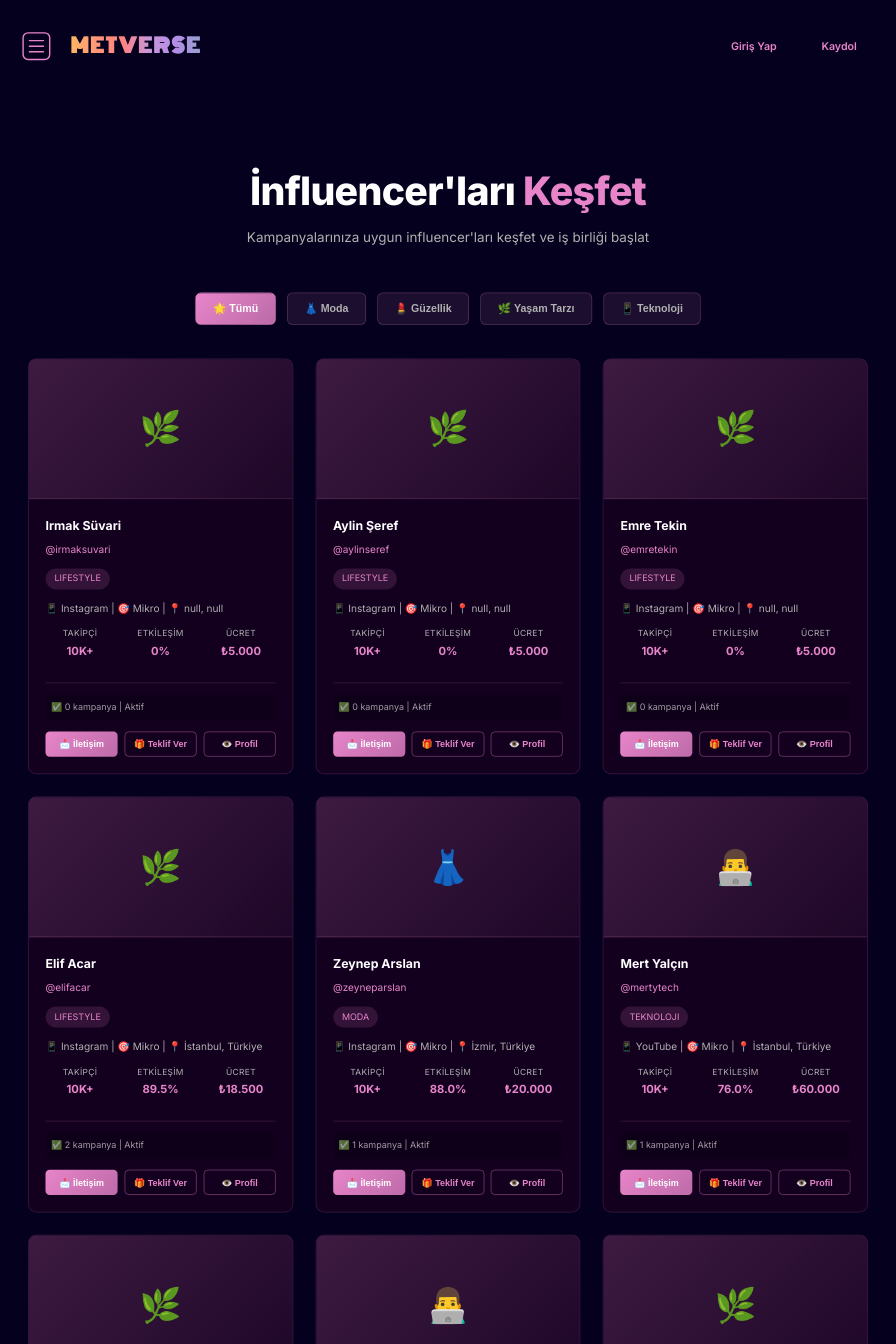
Repository: Selennguveen/metverse_website
Page: kesfetForMarka.html
The author's editor kept a copy of each file at every save. The page is drawn from the files as they stood at one save, then again after the next save.
The browser window is 1280 px wide. The pictures show the part of the page from y = 0 to 1920 px (the page is 5602 px tall before and 5685 px after), at 70% of full size.

Above is the page before, as saved 2025-12-21 15:05:46.

After the next save:
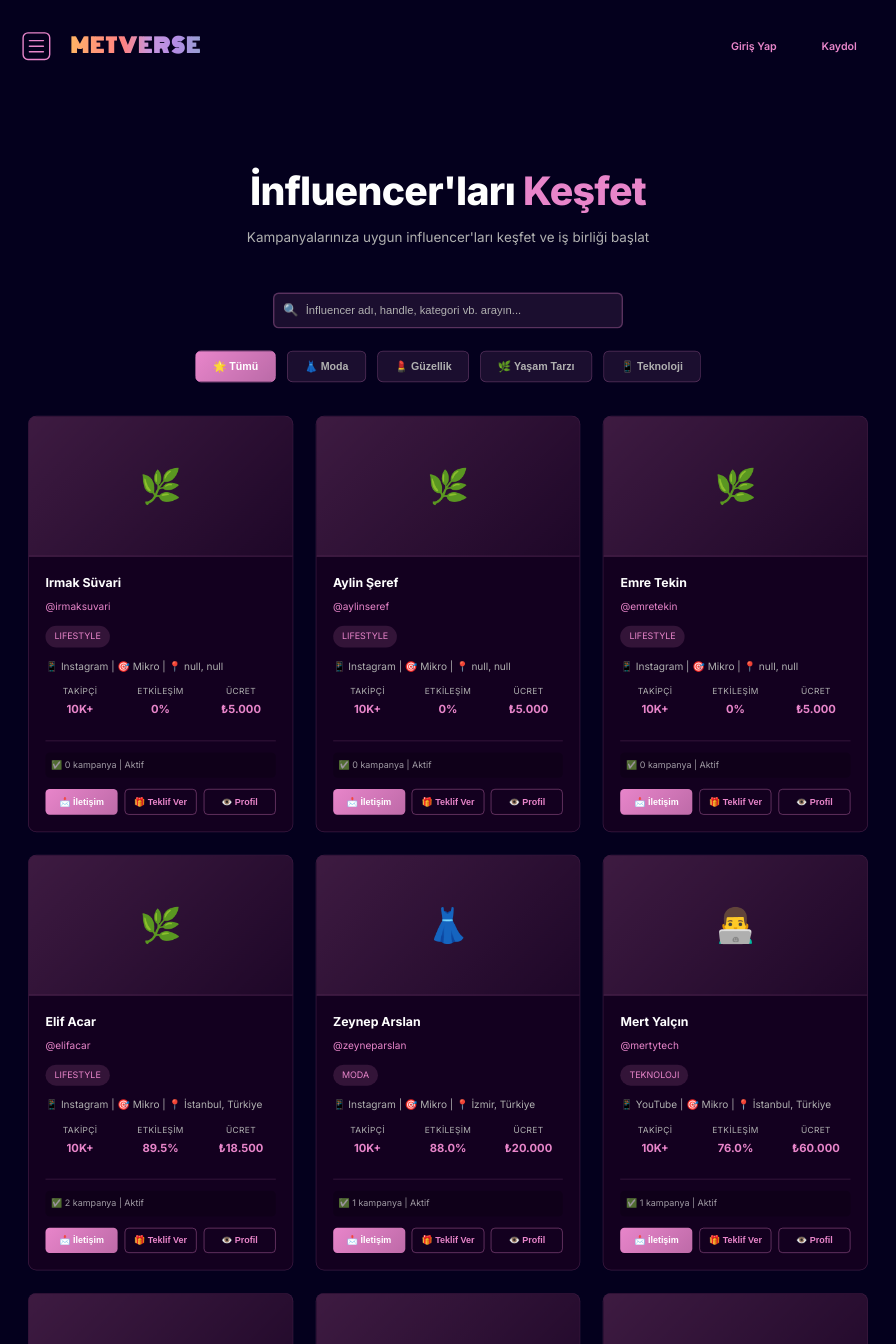
Saved 4 s later.
--- a/kesfetForMarka.html
+++ b/kesfetForMarka.html
@@ -341,6 +341,20 @@
         </div>
 
         <div class="kesfet-container">
+            <!-- Arama Çubuğu -->
+            <div class="kesfet-search">
+                <div class="search-container">
+                    <span class="search-icon">🔍</span>
+                    <input
+                        type="text"
+                        class="search-input"
+                        id="searchInput"
+                        placeholder="İnfluencer adı, handle, kategori vb. arayın..."
+                        onkeyup="handleSearch()"
+                    >
+                </div>
+            </div>
+
             <!-- Filtreler -->
             <div class="kesfet-filters">
                 <button class="filter-btn active" onclick="filterInfluencers('all')">🌟 Tümü</button>
